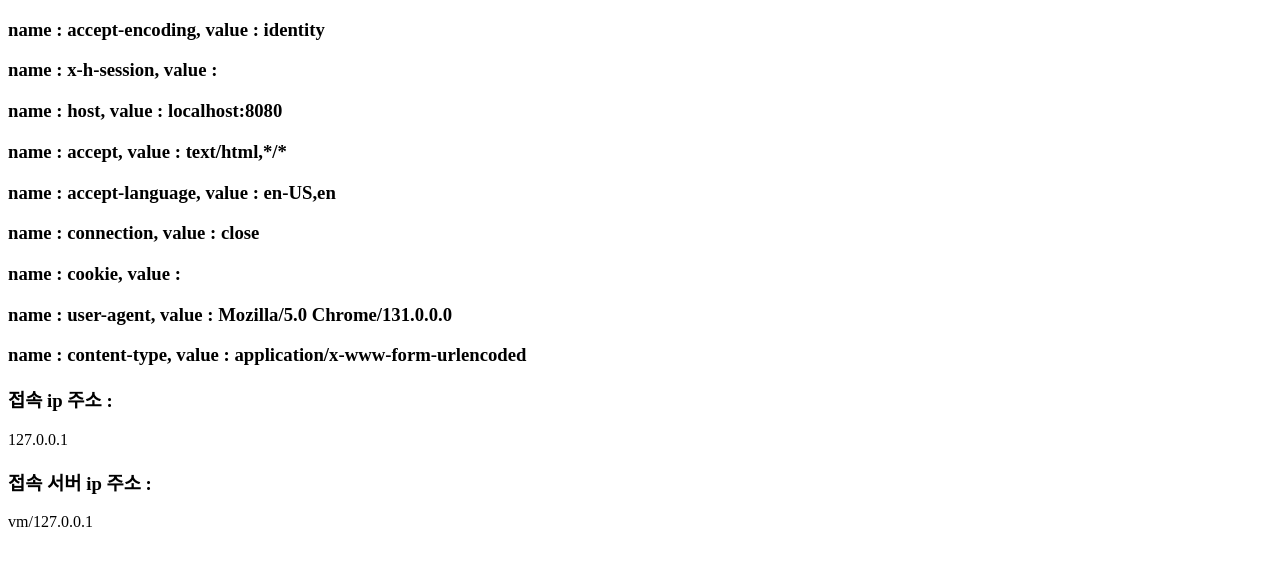
Repository: okgunyang/jsp
Page: http://localhost/practice02/02Header.jsp
These files come from the project's save history. The page is drawn as it stood at one moment and after the next save; the edit follows.
The browser window is 1280 px wide. The pictures show the whole page.
The page is served by Tomcat 9.

Above is the page before, as saved 2022-11-10 02:01:29.

After the next save:
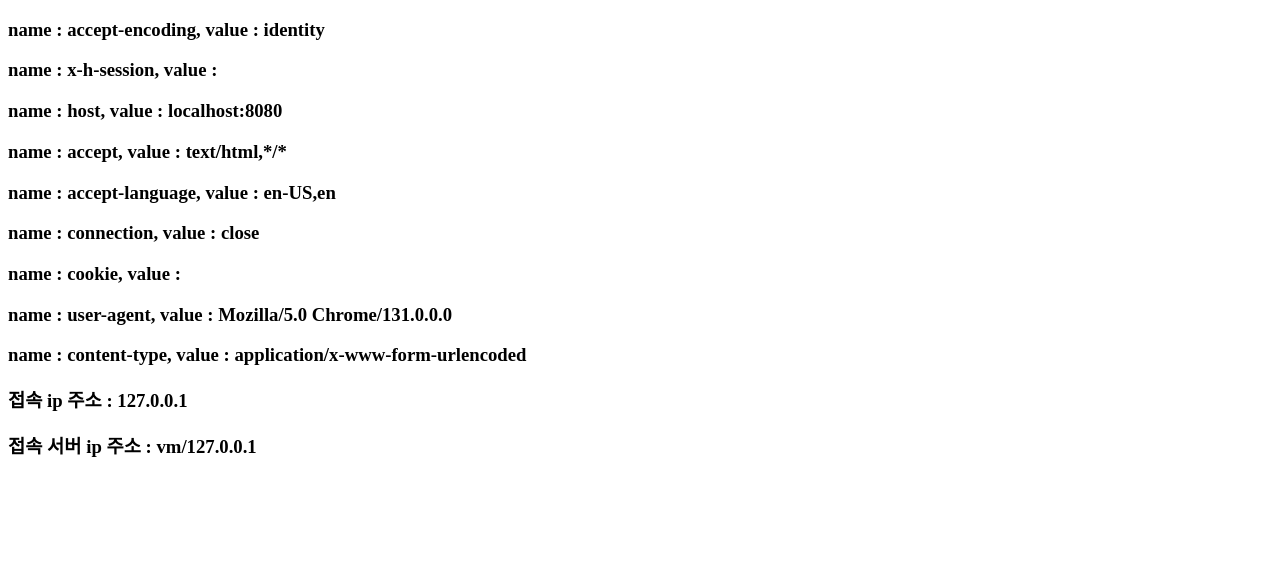
Saved 23 s later.
--- a/practice02/WebContent/02Header.jsp
+++ b/practice02/WebContent/02Header.jsp
@@ -19,9 +19,9 @@
 		String value = (String) request.getHeader(name);
 		out.println("<h3>name : "+name+", value : "+value+"</h3>");
 	}
-	out.println("<h3>접속 ip 주소 : </h3>"+request.getLocalAddr());
+	out.println("<h3>접속 ip 주소 : "+request.getLocalAddr()+"</h3>");
 	InetAddress ipaddr = InetAddress.getLocalHost();
-	out.println("<h3>접속 서버 ip 주소 : </h3>"+ipaddr);
+	out.println("<h3>접속 서버 ip 주소 : "+ipaddr+"</h3>");
 
 %>
 </body>
